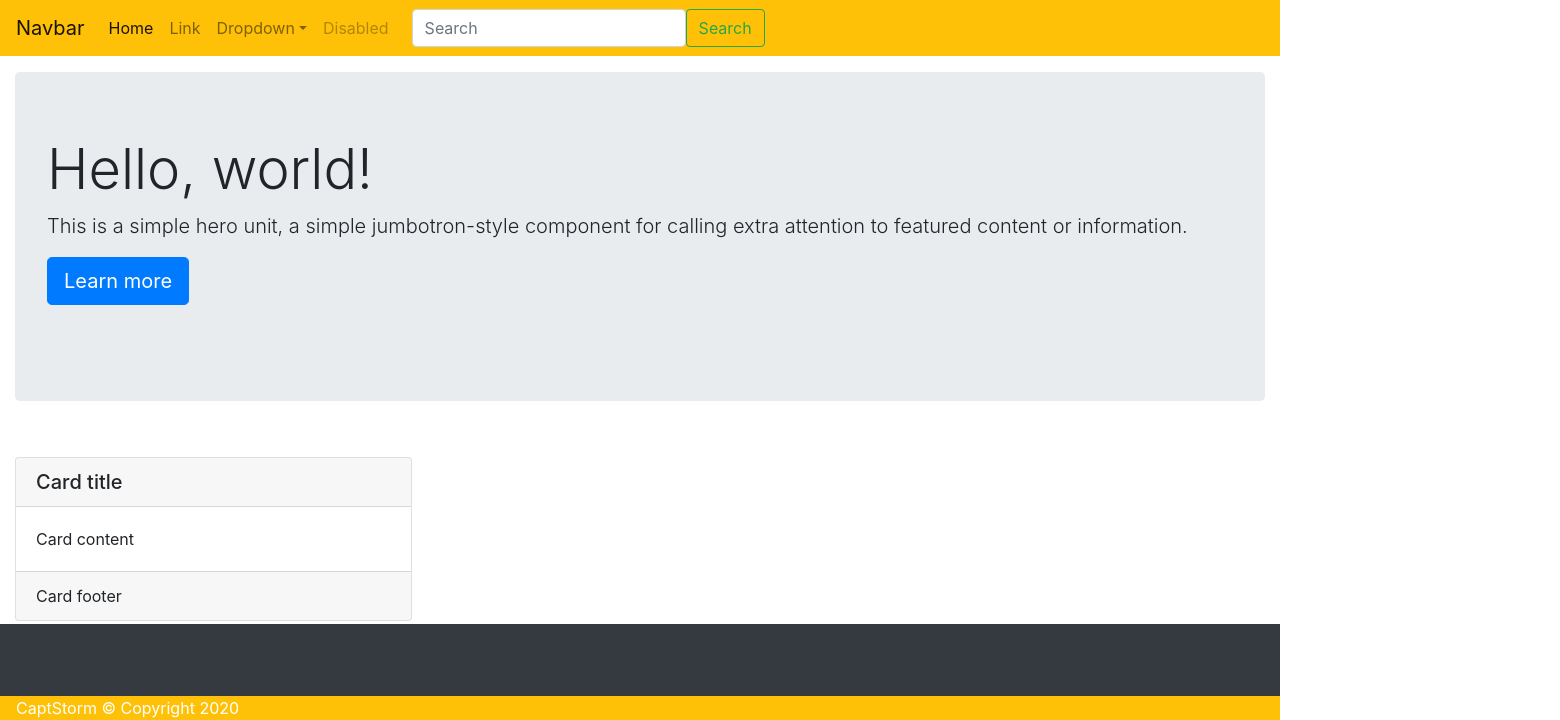
Repository: CaptainStorm21/complete-react16-bootstrap-passing-props
Page: /
These files come from the project's save history. The page is drawn as it stood at one moment and after the next save; the edit follows.
The browser window is 1280 px wide. The page is 1560 px wide, then 1359 px, so the pictures cover 1560 px, including what lies to the right of the window. The pictures show the whole page.
The project was rebuilt for these pictures with package versions that can differ from the ones it lists, and the page was loaded fresh each time.

Above is the page before, as saved 2020-04-23 14:24:29.

### public/index.html
<!DOCTYPE html>
<html lang="en">
<head>
  <title>Bootstrap Example</title>
  <meta charset="utf-8">
  <meta name="viewport" content="width=device-width, initial-scale=1">
  <link rel="stylesheet" href="https://maxcdn.bootstrapcdn.com/bootstrap/4.4.1/css/bootstrap.min.css">
  <script src="https://ajax.googleapis.com/ajax/libs/jquery/3.4.1/jquery.min.js"></script>
  <script src="https://cdnjs.cloudflare.com/ajax/libs/popper.js/1.16.0/umd/popper.min.js"></script>
  <script src="https://maxcdn.bootstrapcdn.com/bootstrap/4.4.1/js/bootstrap.min.js"></script>
</head>
<body>
<div id="root"></div>

</body>
</html>

### src/index.js
import React from 'react';
import ReactDOM from 'react-dom';
import './style.css';
import App from './App';
import * as serviceWorker from './serviceWorker';


ReactDOM.render(
  <React.StrictMode>
    <App />
  </React.StrictMode>,
  document.getElementById('root')
);

// If you want your app to work offline and load faster, you can change
// unregister() to register() below. Note this comes with some pitfalls.
// Learn more about service workers: https://bit.ly/CRA-PWA
serviceWorker.unregister();

### src/style.css




body {
  margin: 0;
  font-family: -apple-system, BlinkMacSystemFont, 'Segoe UI', 'Roboto', 'Oxygen',
    'Ubuntu', 'Cantarell', 'Fira Sans', 'Droid Sans', 'Helvetica Neue',
    sans-serif;
  -webkit-font-smoothing: antialiased;
  -moz-osx-font-smoothing: grayscale;
}

.footer {
  position: absolute;
  bottom: 0;
  width: 100%;
  height: 60px; /* Set the fixed height of the footer here */
  line-height: 60px; /* Vertically center the text there */
  background-color: purple;
}

### src/App.js
import React from "react";
import Main from "./components/Main";
import ContanerCard from "./components/ContainerCard";

import Header from "./components/layout/Header";
import Footer from "./components/layout/Footer";

function App() {
  return (
    <div>
      <Header />
      <div classNameName="container-fluid">
        <div className="col-lg-12 py-3">
          <Main />
        </div>
        <div className="container-fluid">
          <div className="row">
            <ContanerCard />
          </div>
        </div>
        <Footer />
      </div>
    </div>
  );
}

export default App;

### src/components/Main.js
import React from "react";

function Main() {
  return (
    <div className="jumbotron">
      <h1 className="display-4">Hello, world!</h1>
      <p className="lead">
        This is a simple hero unit, a simple jumbotron-style component for
        calling extra attention to featured content or information.
        <p className = "py-3">
        <a className="btn btn-primary btn-lg" href="#" role="button">
          Learn more
        </a>
        </p>
      </p>
    </div>
  );
}

export default Main;

### src/components/ContainerCard.js
import React from "react";

function ContainerCard() {
  return (
    <div className="col-md-4 col-lg-4 py-2">
    <div className="card">
      <h5 className="card-header">Card title</h5>
      <div className="card-body">
        <p className="card-text">Card content</p>
      </div>
      <div className="card-footer">Card footer</div>
    </div>
    </div>
  );
}

export default ContainerCard;

### src/components/layout/Header.js
import React from "react";
import Navbar from "./Navbar";

function Header() {
  return (
    <nav className="navbar navbar-expand-lg navbar-light bg-warning">
              <Navbar />
    </nav>
  );
}

export default Header;

### src/components/layout/Footer.js
import React from "react";

function Footer() {
  return (
    <footer className="bg-dark py-5 fixed-bottom ">
      <div className="container"></div>
      <div className="container-fluid">
        <div className="row bg-info">
        <div className="bg-warning fixed-bottom">
          <span className="p-3 text-white">
            CaptStorm &copy; Copyright 2020
          </span>
        </div>        </div>
      </div>
    </footer>
  );
}

export default Footer;

### src/components/layout/Navbar.js
import React from "react";
import "./Nav.css";

function Navbar() {
  return (
    <>
   <a className="navbar-brand" href="/">Navbar</a>
        <button className="navbar-toggler" type="button" data-toggle="collapse" data-target="#navbarSupportedContent" aria-controls="navbarSupportedContent" aria-expanded="false" aria-label="Toggle navigation">
          <span className="navbar-toggler-icon"></span>
        </button>

        <div className="collapse navbar-collapse" id="navbarSupportedContent">
          <ul className="navbar-nav mr-auto">
            <li className="nav-item active">
              <a className="nav-link" href="/">Home <span className="sr-only">(current)</span></a>
            </li>
            <li className="nav-item">
              <a className="nav-link" href="/">Link</a>
            </li>
            <li className="nav-item dropdown">
              <a className="nav-link dropdown-toggle" href="/" id="navbarDropdown" role="button" data-toggle="dropdown" aria-haspopup="true" aria-expanded="false">
                Dropdown
              </a>
              <div className="dropdown-menu" aria-labelledby="navbarDropdown">
                <a className="dropdown-item" href="/">Action</a>
                <a className="dropdown-item" href="/">Another action</a>
                <div className="dropdown-divider"></div>
                <a className="dropdown-item" href="/">Something else here</a>
              </div>
            </li>
            <li className="nav-item">
              <a className="nav-link disabled" href="/">Disabled</a>
            </li>
          </ul>
          <div className = "col-12">
          <form className="form-inline ">
            <input className="form-control " type="search" placeholder="Search" aria-label="Search" />
            <button className="btn btn-outline-success" type="submit">Search</button>
          </form></div>
        </div>
  </>
)
}

export default Navbar;



// <div class="row">
//     <div class="col-xs-12">
//         <div class="text-right">
//             <button type="button" class="btn btn-default">Default</button>
//         </div>
//     </div>
// </div>

### src/components/layout/Nav.css
@media (min-width: 768px) {
    .navbar-nav {
      width: 100%;
      text-align: center;
    }
    .navbar-nav > li {
      float: none;
      display: inline-block;
    }
    .navbar-nav > li.navbar-right {
      float: right !important;
    }
  }

Loaded but not shown: src/serviceWorker.js (common file)

After the next save:
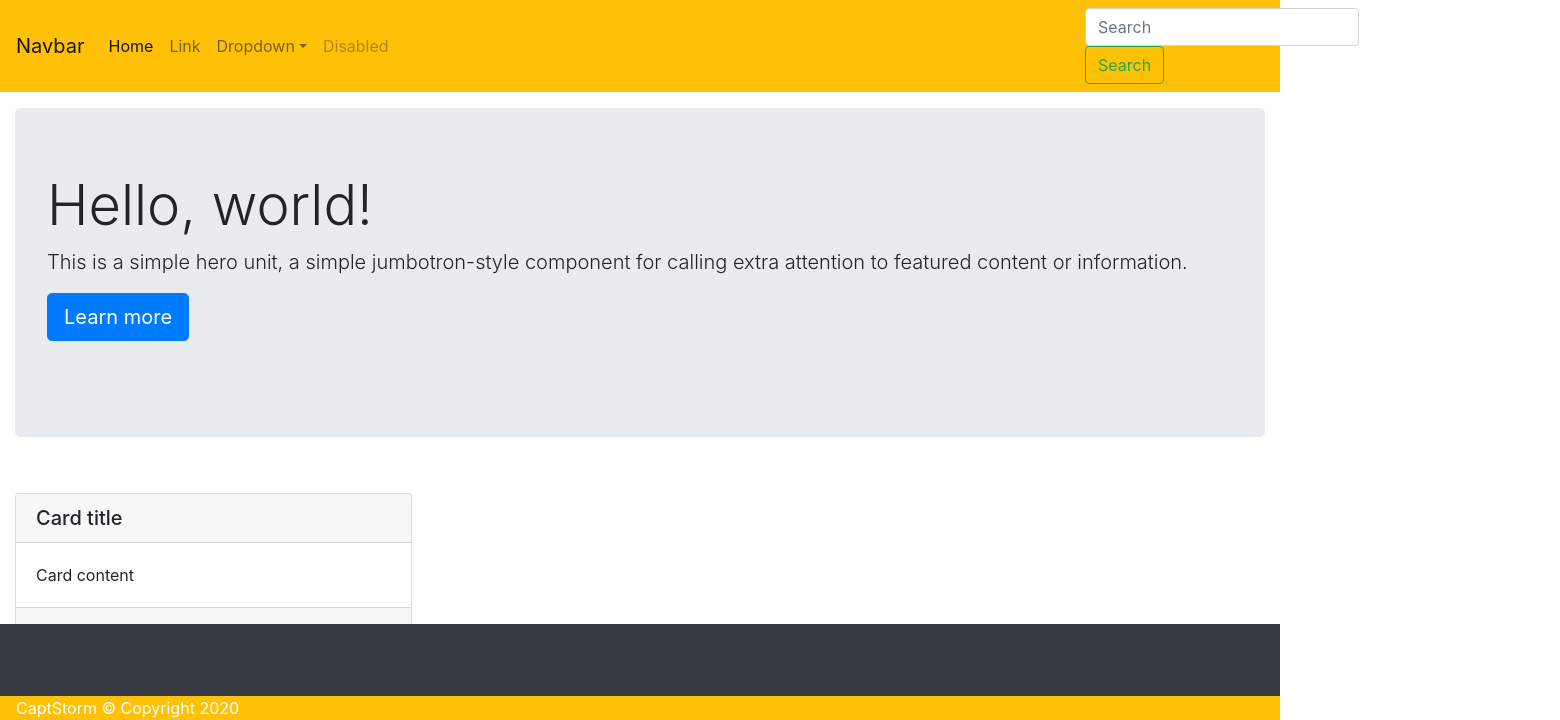
Saved 6 s later.
--- a/src/components/layout/Navbar.js
+++ b/src/components/layout/Navbar.js
@@ -32,7 +32,7 @@ function Navbar() {
               <a className="nav-link disabled" href="/">Disabled</a>
             </li>
           </ul>
-          <div className = "col-12">
+          <div className = "col-2">
           <form className="form-inline ">
             <input className="form-control " type="search" placeholder="Search" aria-label="Search" />
             <button className="btn btn-outline-success" type="submit">Search</button>
